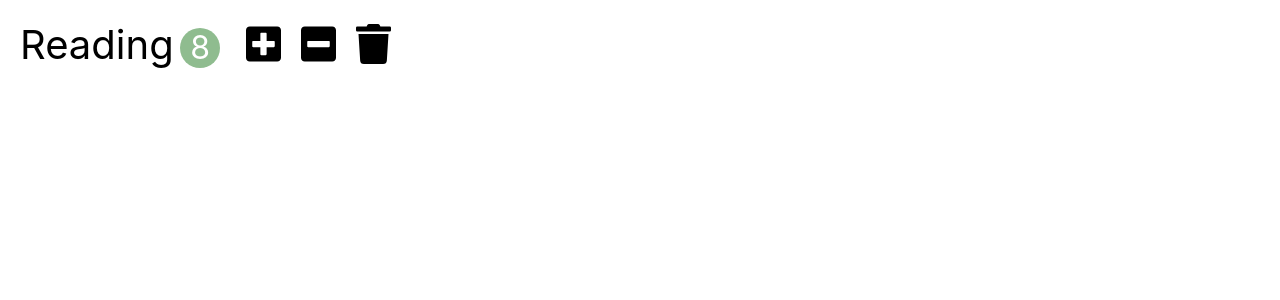
Repository: keehoonjung/react-habit-tracker
Page: / (app in react/habit-tracker/)
An editor plug-in stored every save of this project. The page is shown before and after a run of saves, followed by the edit.
The browser window is 1280 px wide. The pictures show the whole page.
The project was rebuilt for these pictures with package versions that can differ from the ones it lists, and the page was loaded fresh each time.

Above is the page before, as saved 2021-08-30 16:20:46.

After the next 2 saves:
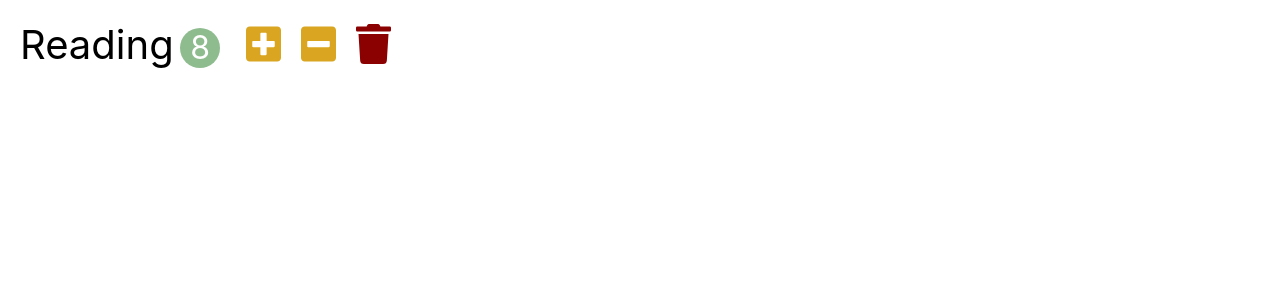
The 2 saves are shown as one change because 1 did not build or start.
The last was saved 57 s later.
--- a/react/habit-tracker/src/components/habit.jsx
+++ b/react/habit-tracker/src/components/habit.jsx
@@ -1,18 +1,21 @@
 import React, { Component } from "react";
 
 class Habit extends Component {
+  state = {
+    count: 0,
+  };
   render() {
     return (
       <li className="habit">
         <span className="habit-name">Reading</span>
         <span className="habit-count">8</span>
-        <button className="habit-button haibit-increase">
+        <button className="habit-button habit-increase">
           <i className="fas fa-plus-square"></i>
         </button>
-        <button className="habit-button haibit-decrease">
+        <button className="habit-button habit-decrease">
           <i className="fas fa-minus-square"></i>
         </button>
-        <button className="habit-button haibit-delete">
+        <button className="habit-button habit-delete">
           <i className="fas fa-trash"></i>
         </button>
       </li>
